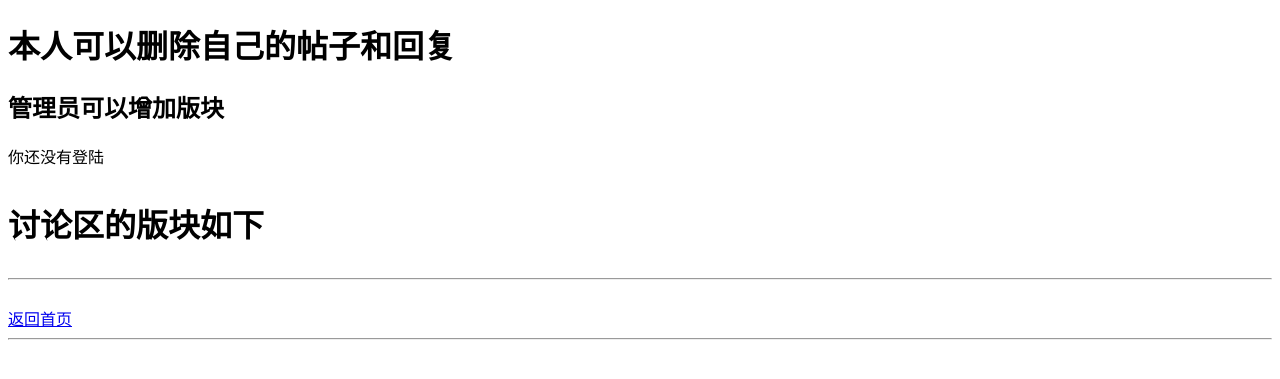
Repository: hbisheng/Academic-portal-website
Page: http://localhost/NewInfo/discussion/index.jsp
An editor plug-in stored every save of this project. The page is shown before and after the next save, followed by the edit.
The browser window is 1280 px wide. The pictures show the whole page.
The page is served by Tomcat 9. Other server files are loaded and not shown. Queries for data that is not in the repository find no rows.

Above is the page before, as saved 2014-09-20 15:56:57.

### Java_info/NewInfo/WebContent/discussion/index.jsp
<%@page import="edu.thu.cs.*"%>
<%@page import="jdbc.*"%>
<%@page import="java.util.*"%>

<%@ page language="java" contentType="text/html; charset=UTF-8"
    pageEncoding="UTF-8"%>
<!DOCTYPE html PUBLIC "-//W3C//DTD HTML 4.01 Transitional//EN" "http://www.w3.org/TR/html4/loose.dtd">
<html>
<head>
<meta http-equiv="Content-Type" content="text/html; charset=UTF-8">
<title>Insert title here</title>
</head>
<body>

<h1>本人可以删除自己的帖子和回复</h1>

<h2>管理员可以增加版块</h2>

<%
	User user = (User)session.getAttribute("user");

	if(user != null && user.permit_admin > 0){
		%><h4>你是管理员，可以删除版块</h4> <%
	}
%>



<%
	JdbcDao jdbc = new JdbcDao();
	List<Integer> c=null;
	c = jdbc.getCategoryIndex();
	if(user==null)
		out.println("你还没有登陆");
	int cnt = 0;
%>

<font size = 6 face ="微软雅黑" >
<p><b>讨论区的版块如下</b></p>
</font>

<font size = 4 face ="微软雅黑" >
<ul>
<%
	if(c!=null){
		for(Integer i: c)
		{
			Category category = jdbc.getCategory(i);
			String post_url = "posts.jsp?category_id="+category.id;
			String del_url = "index.jsp?id="+category.id+"action=delete";

			++cnt;
			%><li><b><%=cnt%>. <a href= <%=post_url %> > <%=category.name%> </a></b><%
			if(user != null && user.permit_admin > 0){
				%><a href = <%=del_url%>><font color = "red">删除</font></a><%
			}
			%></li>
		<%
		}
	}
%>
</ul>

</font>
<hr><br><a href="../home.jsp">返回首页</a>
<hr><%
	if(user != null){
	%>
<font size = 3 face ="微软雅黑" color="#00FFFF">
	你的名字：<%=user.realname %><br>
	你的ID：<%=user.id %><br>
	你的地址：<%=user.address %><br>
</font>
<% 	}%>

<%
	if(user != null && user.permit_admin > 0)
	{
		if(request.getParameter("deliver")!=null)
		{
			Category category = new Category();
			category.name = request.getParameter("board");
			if(category.validate())
			{
				jdbc.addCategory(category);
				response.sendRedirect("index.jsp");
			}
		}


		%><h4>你是管理员，可以新开一个版块</h4>新开一个版块
		<form action = "index.jsp" method = "post">
		<span style="vertical-align: top">版块:</span><textarea rows="1" cols="50" name ="board"></textarea><br><br>
		<input type ="submit" value="确认发表" name = "deliver"/></form><%
	}

%>

</body>
</html>

Loaded but not shown: Java_info/NewInfo/src/jdbc/JdbcDao.java (883 lines, source omitted)

After the next save:
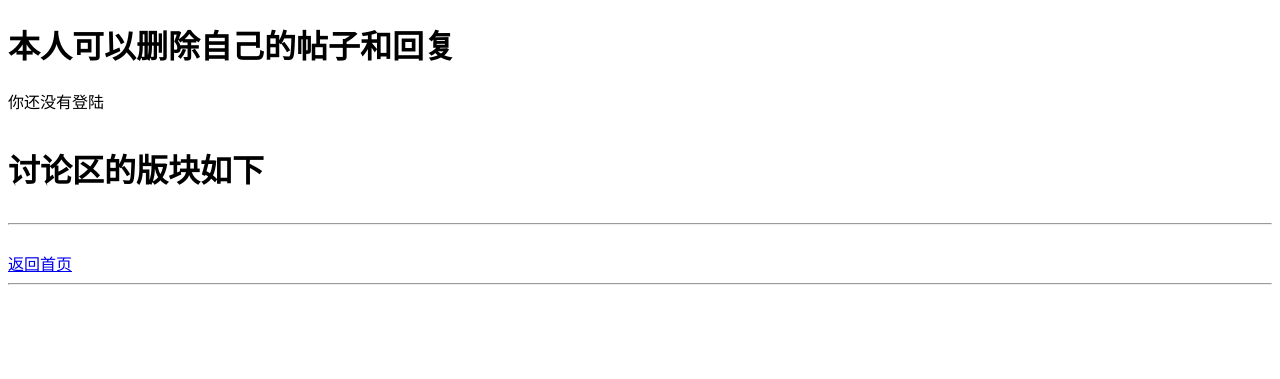
Saved 11 s later.
--- a/Java_info/NewInfo/WebContent/discussion/index.jsp
+++ b/Java_info/NewInfo/WebContent/discussion/index.jsp
@@ -13,8 +13,6 @@
 <body>
 
 <h1>本人可以删除自己的帖子和回复</h1>
-
-<h2>管理员可以增加版块</h2>
 
 <%
 	User user = (User)session.getAttribute("user");
